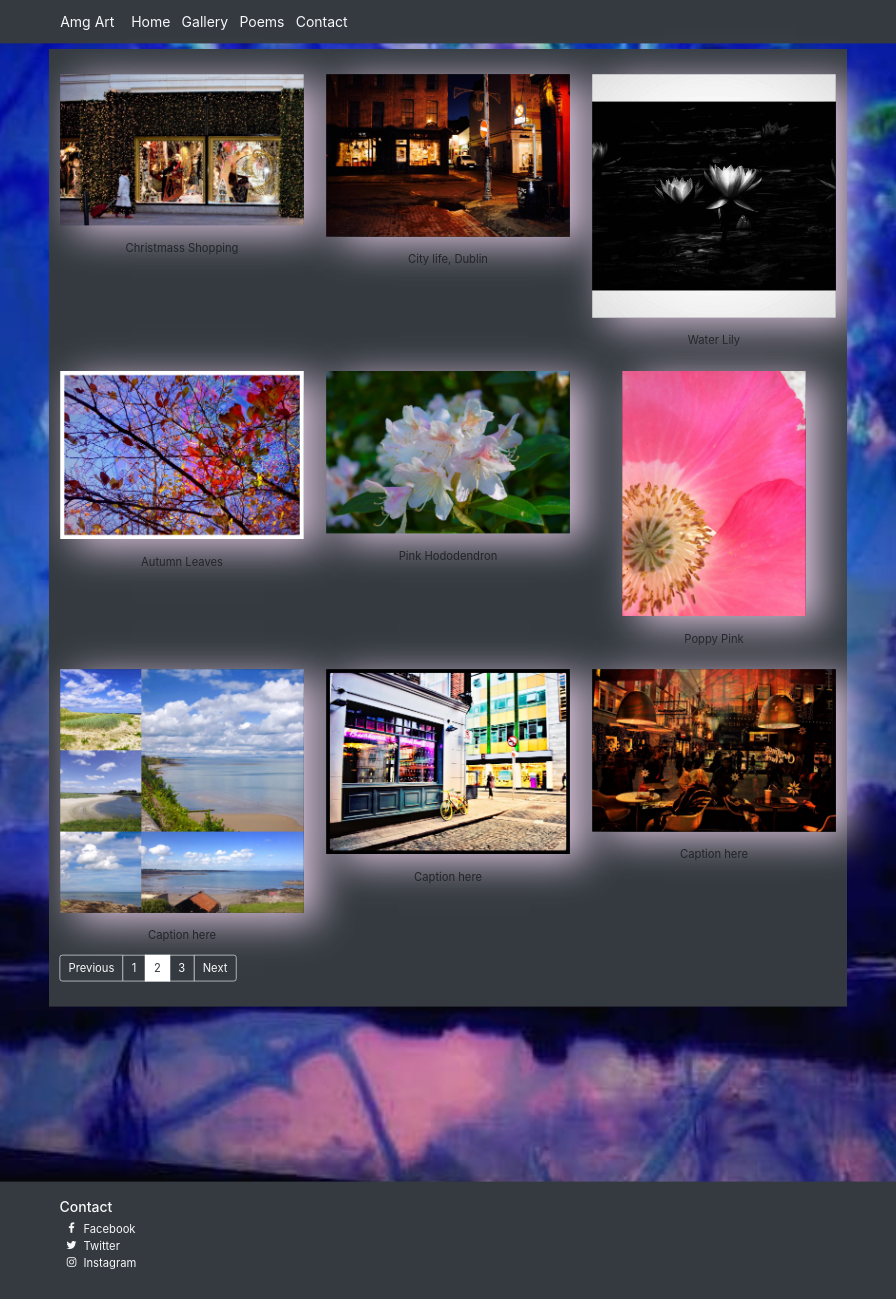
Repository: AllenGleeson/AmgArtGallery
Page: gallery2.html
The author's editor kept a record of every edit. The page is drawn from the files as they stood at one moment, then again after the next edit.
The browser window is 1280 px wide. The pictures show the whole page, at 70% of full size.

Above is the page before.

After the next edit:
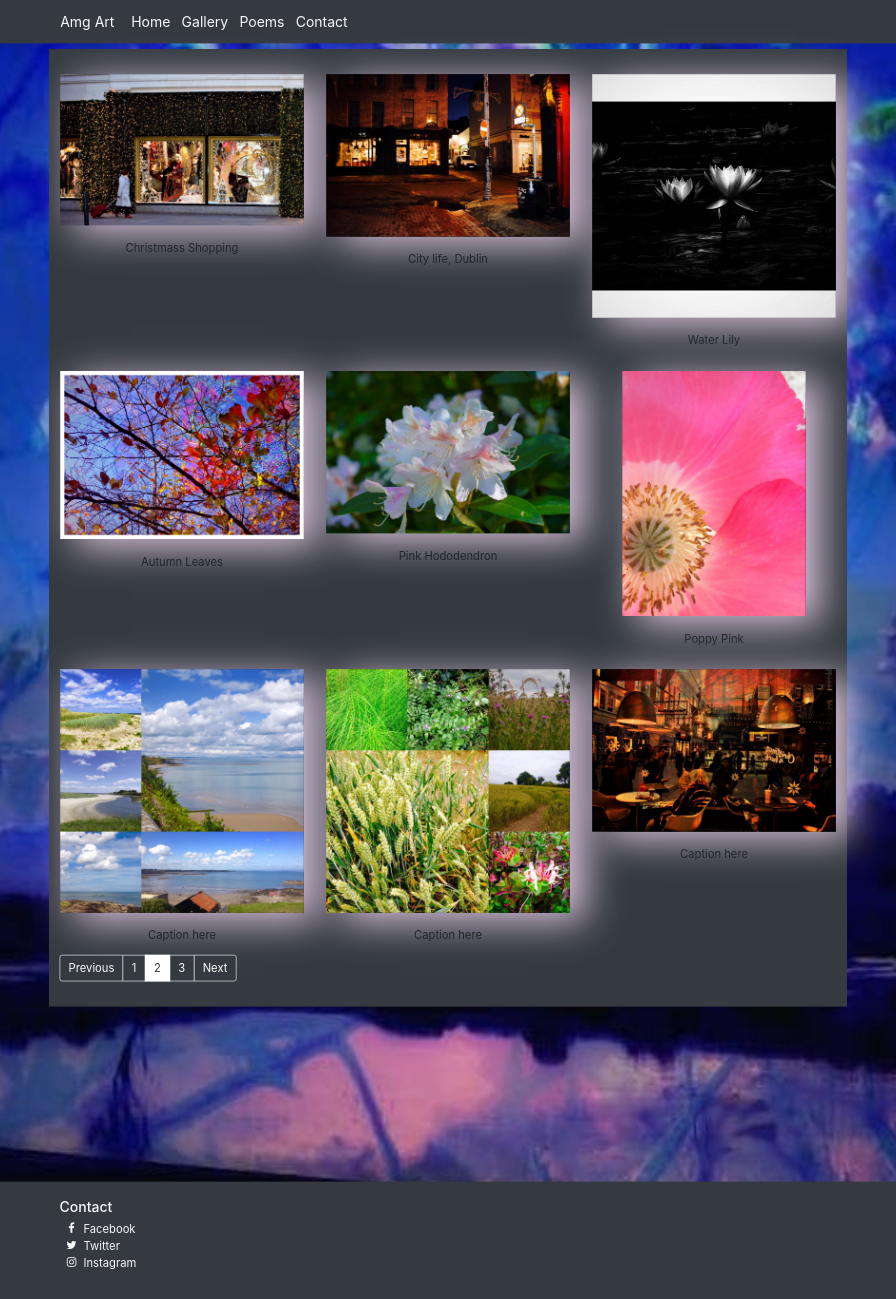
The edit:
--- a/gallery2.html
+++ b/gallery2.html
@@ -60,7 +60,7 @@
                 <div class="text-center">Caption here</div>
             </div>
             <div class="col-sm-4 p-3 text-center" data-toggle="modal" data-target="#image-08">
-                <img src="assets/images/dublincafe.jpg" class="galleryImage"></img>
+                <img src="assets/images/summerplants.jpg" class="galleryImage"></img>
                 <div class="text-center">Caption here</div>
             </div>
             <div class="col-sm-4 p-3 text-center" data-toggle="modal" data-target="#image-09">
